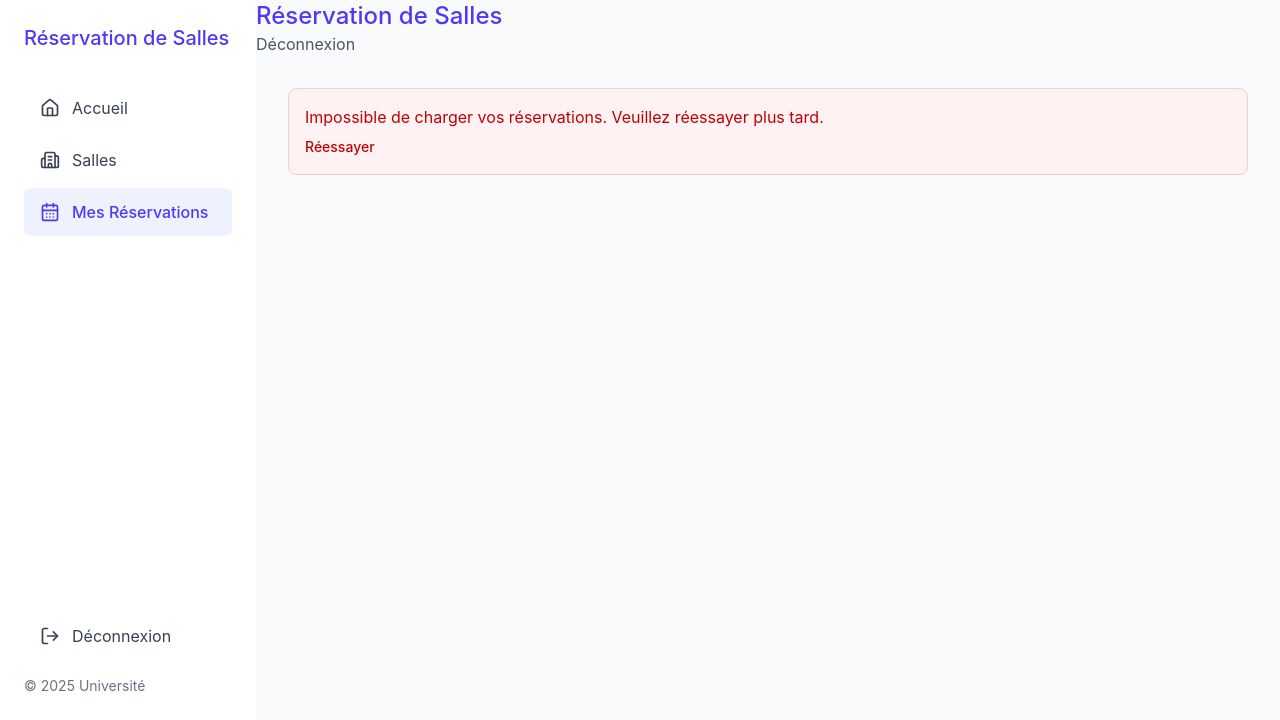
Repository: alaouii1/reservation-salles-front-V0.0.1
Page: /reservations
These files come from the project's save history. The page is drawn as it stood at one moment and after a run of saves; the edit follows.
The browser window is 1280 px wide. The pictures show the whole page.
The page's requests for data from a server got no answer. The project was rebuilt for these pictures with package versions that can differ from the ones it lists, and the page was loaded fresh each time. No one was signed in, and anything a server would have sent is missing. Also part of the build but not shown: vite.config.ts, src/components/ProchaineReservation.tsx, src/pages/Home.tsx, src/services/salleService.ts, src/pages/Rooms.tsx.

Above is the page before, as saved 2025-04-24 15:01:30.

After the next 2 saves:
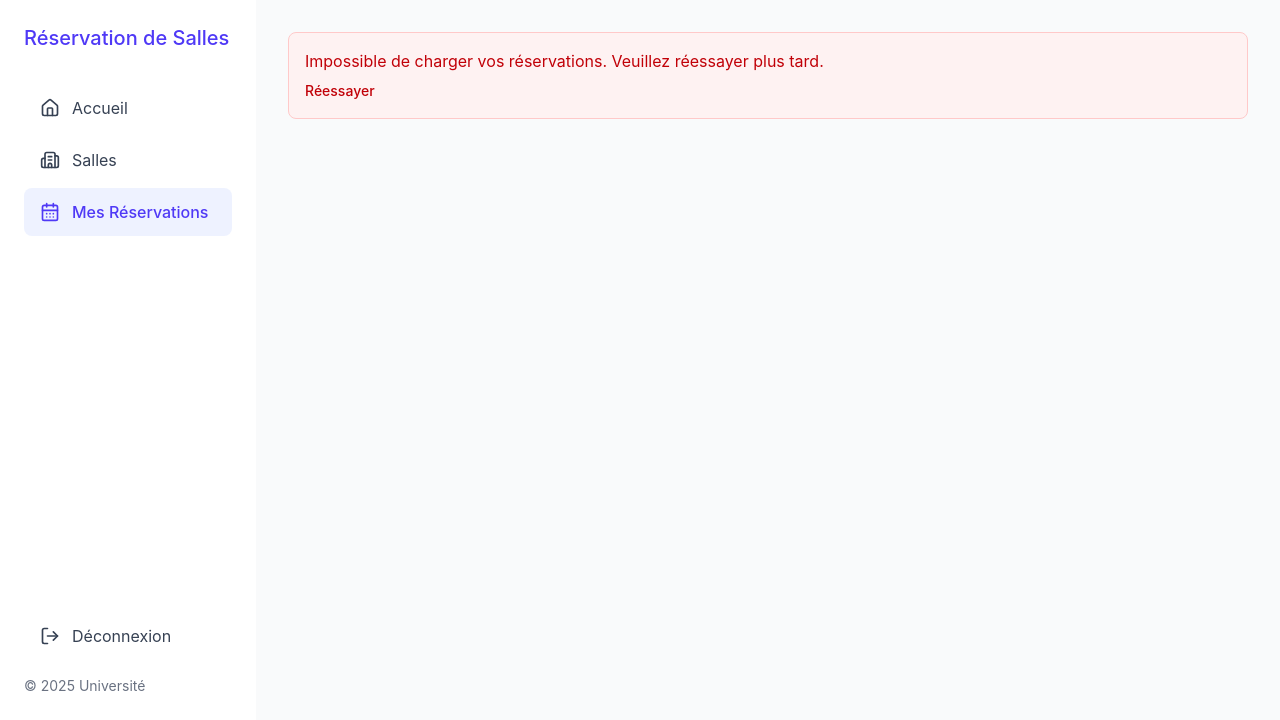
The 2 saves are shown as one change because they came seconds apart.
The last was saved 15 s later.
--- a/src/components/Layout.tsx
+++ b/src/components/Layout.tsx
@@ -12,9 +12,6 @@ const Layout: React.FC = () => {
     <div className="min-h-screen bg-gray-50 flex">
       <Sidebar />
       <div className="flex-1">
-
-          <h1 className="text-2xl font-medium text-indigo-600">Réservation de Salles</h1>
-          <button className="text-gray-600 hover:text-gray-800">Déconnexion</button>
         <Outlet />
       </div>
     </div>
